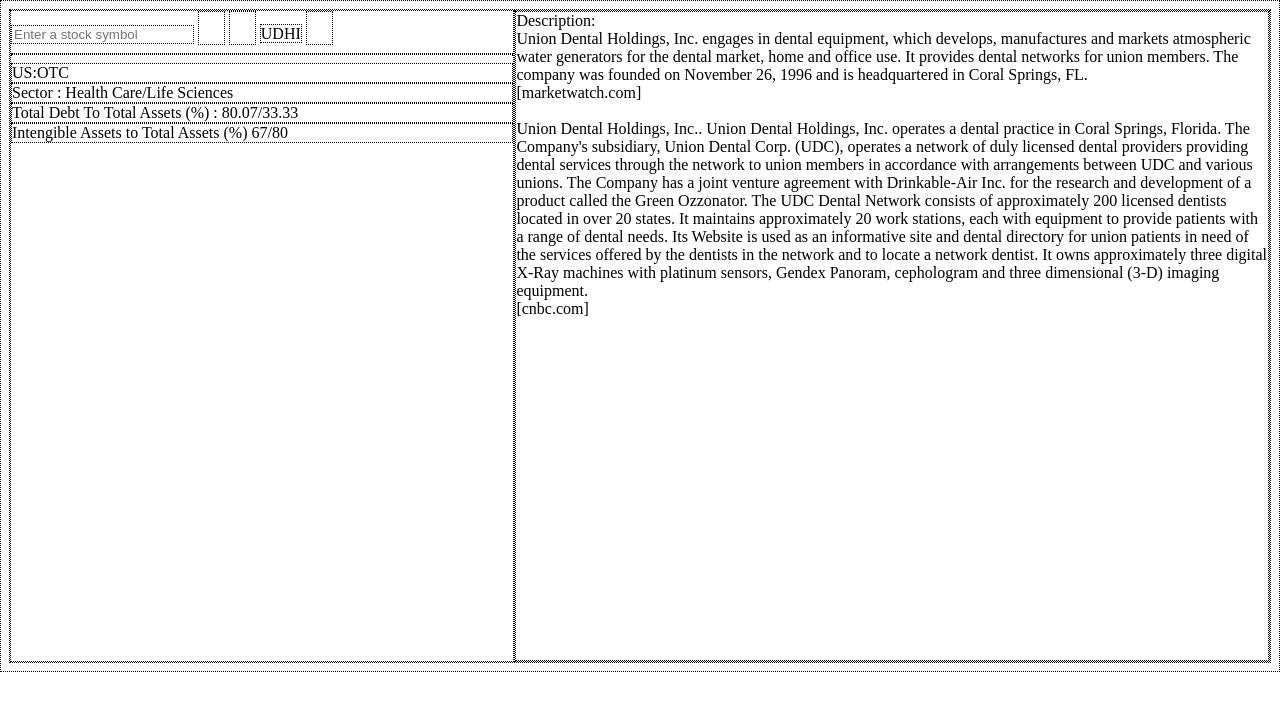
Repository: hadi4172/halal-stock-scanner
Page: popup.html
The author's editor kept a copy of each file at every save. The page is drawn from the files as they stood at one save, then again after the next save.
The browser window is 1280 px wide. The pictures show the whole page.

Above is the page before, as saved 2020-09-24 17:57:57.

### popup.html
<!DOCTYPE html>
<html>

<head>
    <title>Halal Stock Scanner</title>
    <meta charset="UTF-8">
    <script src="popup.js"></script>
    <link rel="stylesheet" href="font-awesome/font-awesome.min.css">
    <link rel="stylesheet" type="text/css" href="popup.css">
</head>

<body>
    <div id=left>
        <input type=text maxlength=5 placeholder="Enter a stock symbol" />
        <i id=search-btn class="fa fa-trash fa-2x"></i>
        <i id=settings-btn class="fa fa-trash fa-2x"></i>
        <span id=symbol>UDHI</span>
        <i id=icon-is-correct-or-no class="fa fa-trash fa-2x"></i>
        <hr>
        <div id=market>US:OTC</div>
        <div id=sector>Sector : Health Care/Life Sciences</div>
        <div id=debt-to-assets>Total Debt To Total Assets (%) : 80.07/33.33</div>
        <div id=intengible-assets-to-total-assets>Intengible Assets to Total Assets (%) 67/80 </div>
    </div>

    <div id=right>
        <div id=description>
            Description: <br />
            Union Dental Holdings, Inc. engages in dental equipment, which develops, manufactures and markets atmospheric water generators for the dental market, home and office use. It provides dental networks for union members. The company was founded on November 26, 1996 and is headquartered in Coral Springs, FL.<br />
            [marketwatch.com]<br /><br />
            Union Dental Holdings, Inc.. Union Dental Holdings, Inc. operates a dental practice in Coral Springs, Florida. The Company's subsidiary, Union Dental Corp. (UDC), operates a network of duly licensed dental providers providing dental services through the network to union members in accordance with arrangements between UDC and various unions. The Company has a joint venture agreement with Drinkable-Air Inc. for the research and development of a product called the Green Ozzonator. The UDC Dental Network consists of approximately 200 licensed dentists located in over 20 states. It maintains approximately 20 work stations, each with equipment to provide patients with a range of dental needs. Its Website is used as an informative site and dental directory for union patients in need of the services offered by the dentists in the network and to locate a network dentist. It owns approximately three digital X-Ray machines with platinum sensors, Gendex Panoram, cephologram and three dimensional (3-D) imaging equipment.<br />
            [cnbc.com]
        </div>
    </div>
</body>

</html>

### popup.css
* {
    border: 1px black dotted;
}

body{
    display:flex;
}

#right{
    width:60%
}

#left{
    width:40%
}

#description{
    height: 90vh;
    overflow: auto;
}

#input{
    max-width: 30px;
    font-size: 10px;
}

Loaded but not shown: font-awesome/font-awesome.min.css (library); popup.js (no copy from this time; the picture is the same without it)

After the next save:
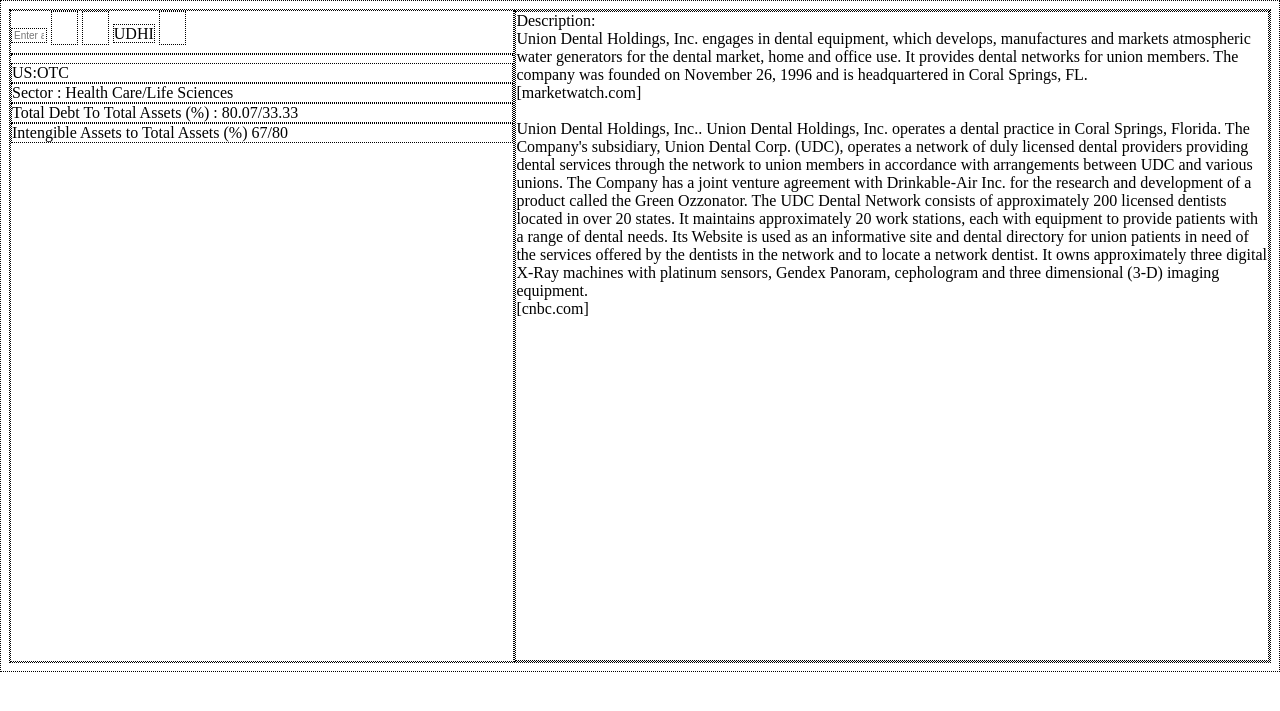
Saved 25 s later.
--- a/popup.html
+++ b/popup.html
@@ -11,7 +11,7 @@
 
 <body>
     <div id=left>
-        <input type=text maxlength=5 placeholder="Enter a stock symbol" />
+        <input id=input type=text maxlength=5 placeholder="Enter a stock symbol" />
         <i id=search-btn class="fa fa-trash fa-2x"></i>
         <i id=settings-btn class="fa fa-trash fa-2x"></i>
         <span id=symbol>UDHI</span>
